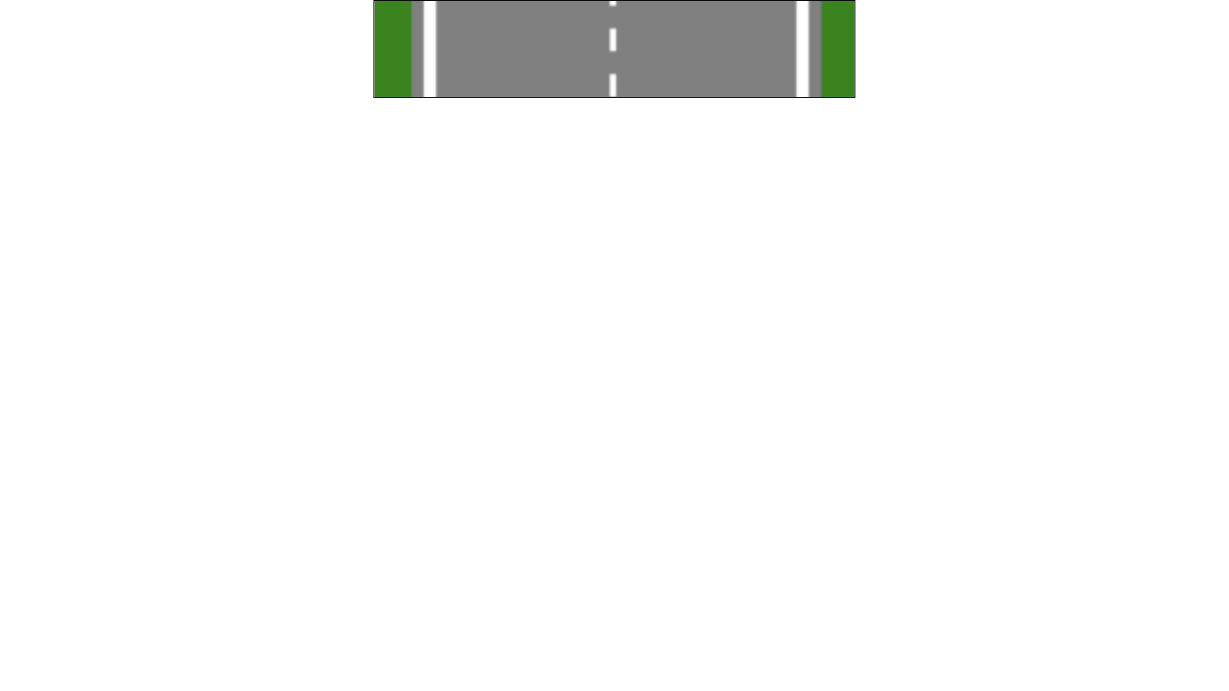
Repository: ChristianGecchelin/ironCarGame
Page: canvas.html
An editor plug-in stored every save of this project. The page is shown before and after the next save, followed by the edit.
The browser window is 1280 px wide. The pictures show the whole page, at 96% of full size.

Above is the page before, as saved 2022-06-14 11:00:11.

After the next save:
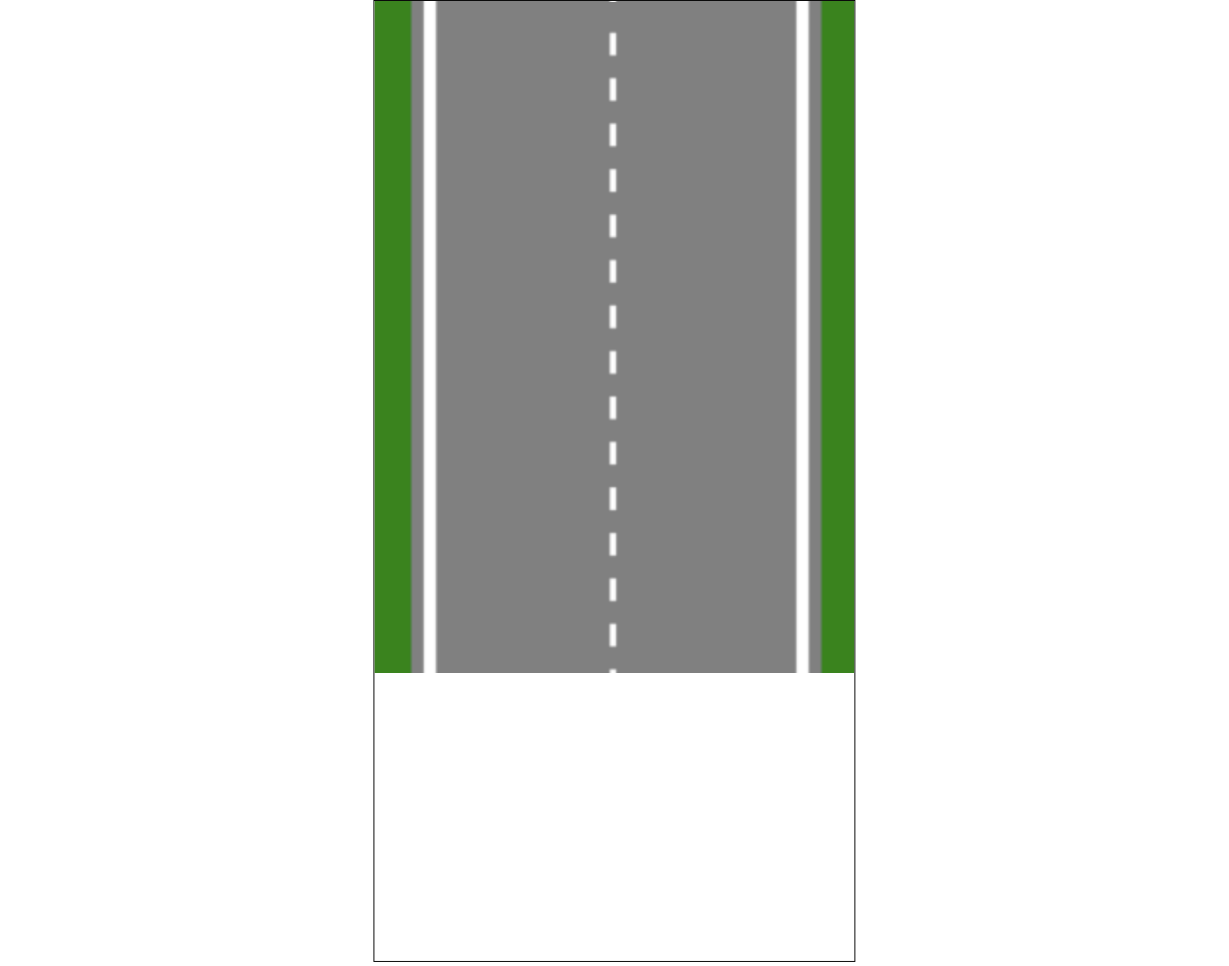
Saved 5 s later.
--- a/canvas.html
+++ b/canvas.html
@@ -9,7 +9,7 @@
   </head>
   <body>
     <div>
-      <canvas id="canvas" width="500" height="100vh"> </canvas>
+      <canvas id="canvas" width="500" height="1000px"> </canvas>
     </div>
     <script src="./src/road.js"></script>
     <script src="./src/coche.js"></script>
